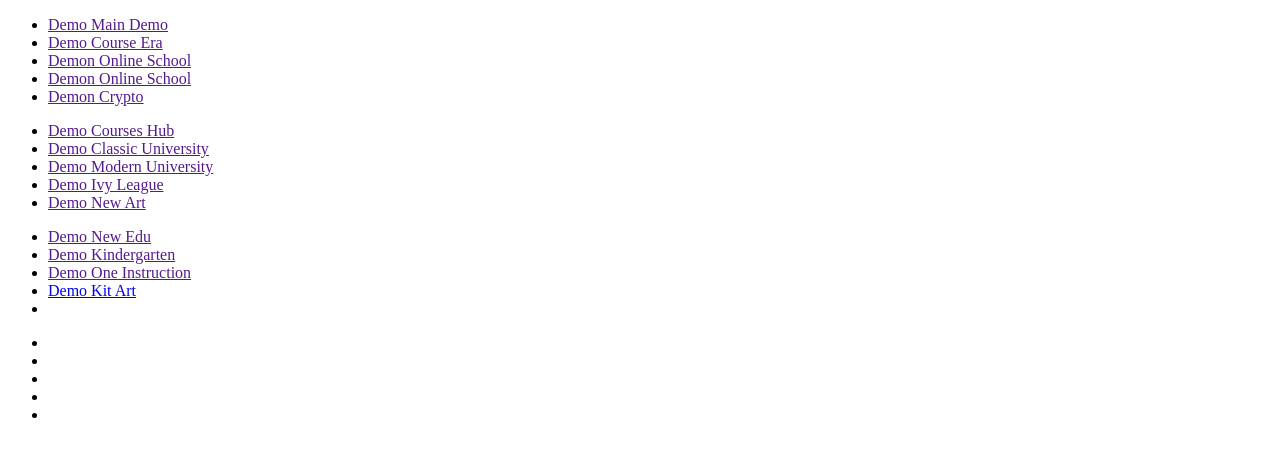
Repository: ibrkhalil/EduWebsite
Page: test.html
The author's editor kept a copy of each file at every save. The page is drawn from the files as they stood at one save, then again after the next save.
The browser window is 1280 px wide. The pictures show the whole page.

Above is the page before, as saved 2020-11-18 15:05:53.

### test.html
<!DOCTYPE html>
<html lang="en">
<head>
    <meta charset="UTF-8">
    <meta name="viewport" content="width=device-width, initial-scale=1.0">
    <title>Document</title>
</head>
<body>
    <ul>
        <li><a href="">Demo Main Demo</a></li>
        <li><a href="">Demo Course Era</a></li>
        <li><a href="">Demon Online School</a></li>
        <li><a href="">Demon Online School</a></li>
        <li><a href="">Demon Crypto</a></li>
    </ul>
    <ul>
        <li><a href="">Demo Courses Hub</a></li>
        <li><a href="">Demo Classic University</a></li>
        <li><a href="">Demo Modern University</a></li>
        <li><a href="">Demo Ivy League</a></li>
        <li><a href="">Demo New Art</a></li>
    </ul>
    <ul>
        <li><a href="">Demo New Edu</a></li>
        <li><a href="">Demo Kindergarten</a></li>
        <li><a href="">Demo One Instruction</a></li>
        <li><a href="#">Demo Kit Art</a></li>
        <li></li>
    </ul>
    <ul>
        <li></li>
        <li></li>
        <li></li>
        <li></li>
        <li></li>
    </ul>
</body>
</html>

After the next save:
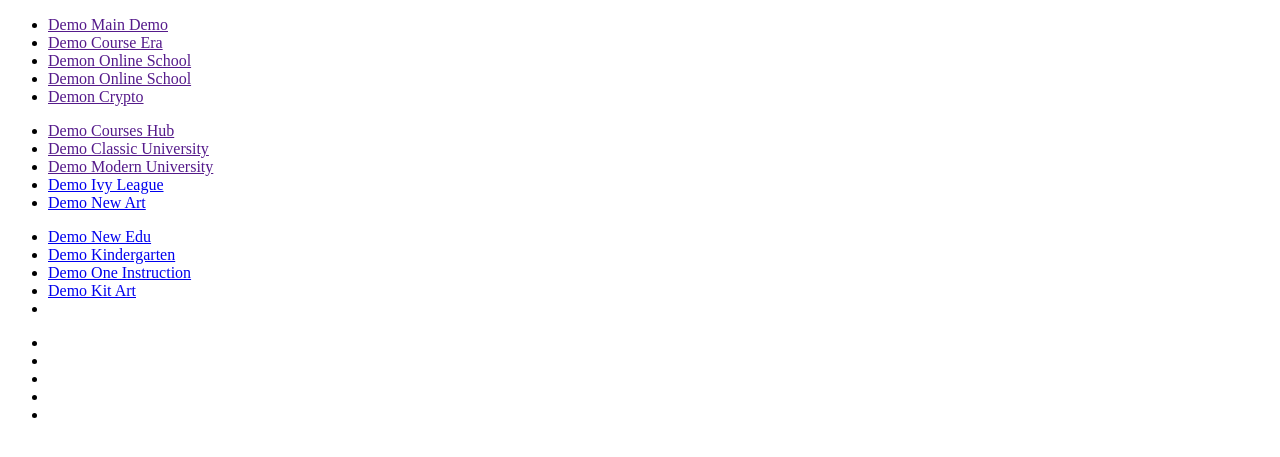
Saved 6 s later.
--- a/test.html
+++ b/test.html
@@ -17,13 +17,13 @@
         <li><a href="">Demo Courses Hub</a></li>
         <li><a href="">Demo Classic University</a></li>
         <li><a href="">Demo Modern University</a></li>
-        <li><a href="">Demo Ivy League</a></li>
-        <li><a href="">Demo New Art</a></li>
+        <li><a href="#">Demo Ivy League</a></li>
+        <li><a href="#">Demo New Art</a></li>
     </ul>
     <ul>
-        <li><a href="">Demo New Edu</a></li>
-        <li><a href="">Demo Kindergarten</a></li>
-        <li><a href="">Demo One Instruction</a></li>
+        <li><a href="#">Demo New Edu</a></li>
+        <li><a href="#">Demo Kindergarten</a></li>
+        <li><a href="#">Demo One Instruction</a></li>
         <li><a href="#">Demo Kit Art</a></li>
         <li></li>
     </ul>
